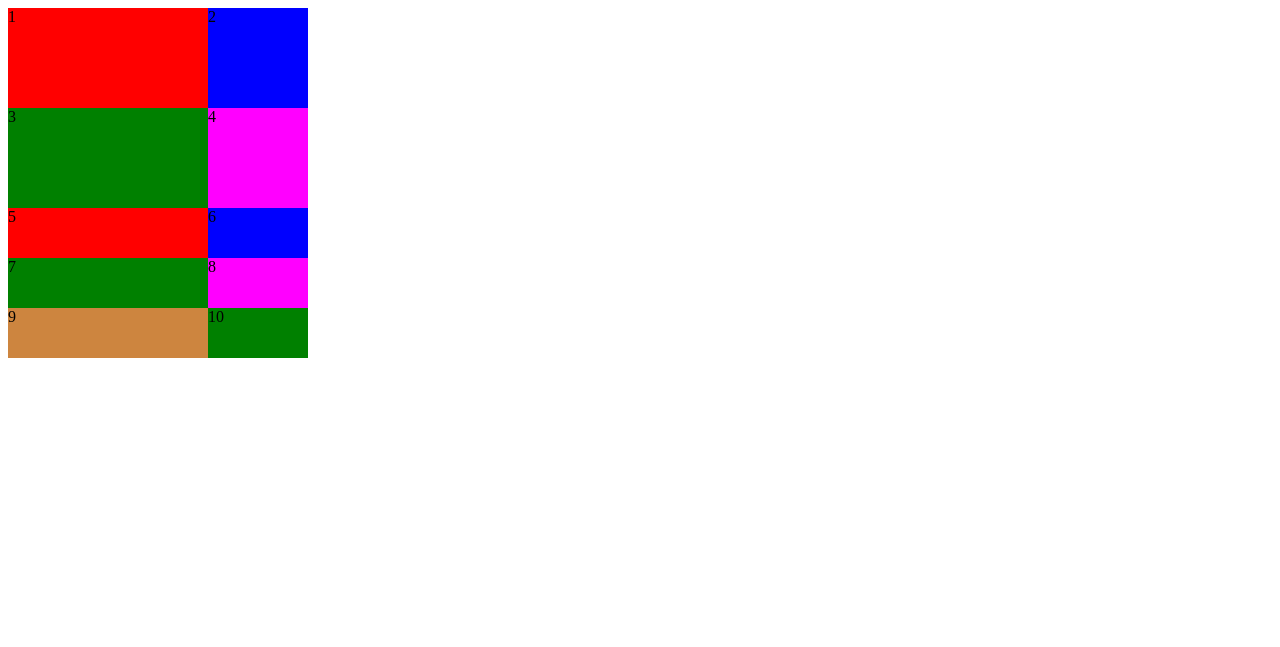
Repository: DinkarRavi/Dinkar_Coding
Page: 22aug24/grid.html
The author's editor kept a copy of each file at every save. The page is drawn from the files as they stood at one save, then again after a run of saves.
The browser window is 1280 px wide. The pictures show the whole page.

Above is the page before, as saved 2024-08-22 15:08:14.

### 22aug24/grid.html
<!DOCTYPE html>
<html lang="en">
<head>
    <meta charset="UTF-8">
    <meta name="viewport" content="width=device-width, initial-scale=1.0">
    <title>Document</title>
    <link rel="stylesheet" href="grid.css">
</head>
<body>

        <div id="parent">
        <div>1</div>
        <div>2</div>
        <div>3</div>
        <div>4</div>
        <div>5</div>
        <div>6</div>
        <div>7</div>
        <div>8</div>
        <div>9</div>
        <div>10</div>

    </div>
</body>
</html>

### 22aug24/grid.css


#parent{
border: 2px;
border: rgb(19, 12, 12);
height: 500px;
display: grid;
grid-template-columns: 200px 100px;
grid-template-rows: 100px 100px;
grid-auto-rows: 50px;
grid-template-columns:

}
div{
div:nth-child(1) {
  background: red;
}
div:nth-of-type(2) {
    background: blue;
  }
  div:nth-child(3) {
    background: green;
  }
  div:nth-child(4) {
    background: magenta;
  }
  div:nth-child(5) {
    background: red;
  }
  div:nth-of-type(6) {
      background: blue;
    }
    div:nth-child(7) {
      background: green;
    }
    div:nth-child(8) {
      background: magenta;
    }
    div:nth-child(9) {
        background:peru;
      }
      div:nth-child(10) {
        background: green;}
}

After the next 2 saves:
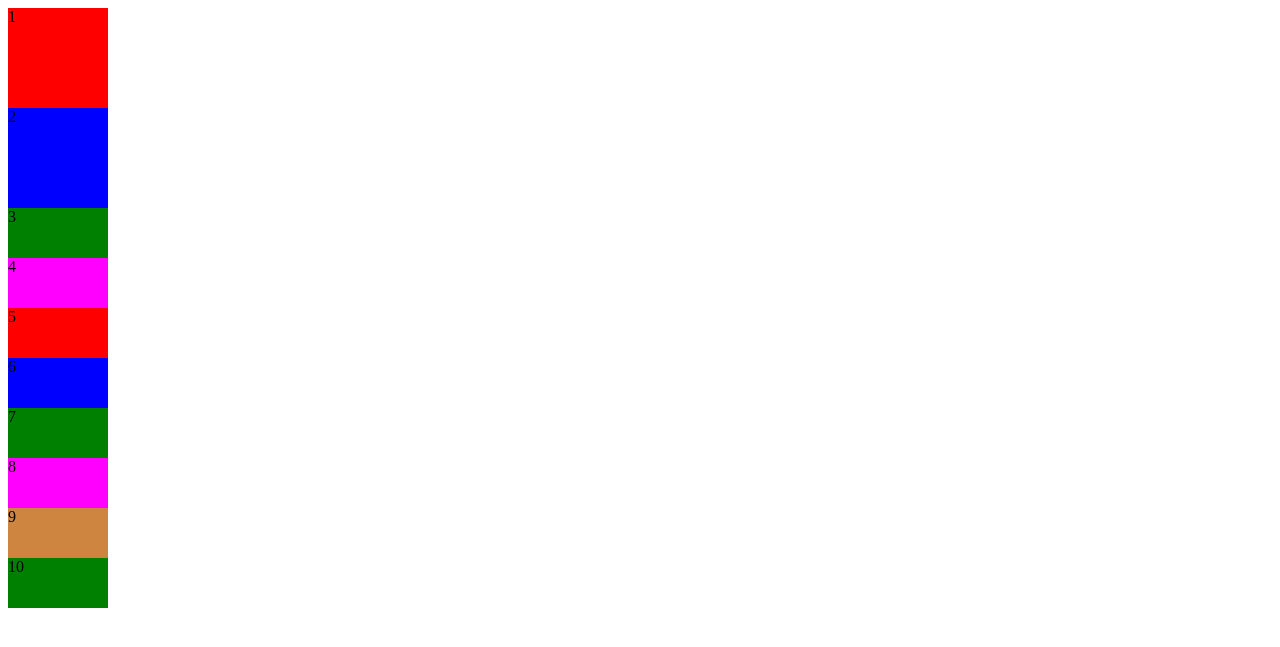
The 2 saves are shown as one change because they came seconds apart.
The last was saved 17 s later.
--- a/22aug24/grid.css
+++ b/22aug24/grid.css
@@ -8,7 +8,7 @@
 grid-template-columns: 200px 100px;
 grid-template-rows: 100px 100px;
 grid-auto-rows: 50px;
-grid-template-columns:
+grid-template-columns:100px;
 
 }
 div{
